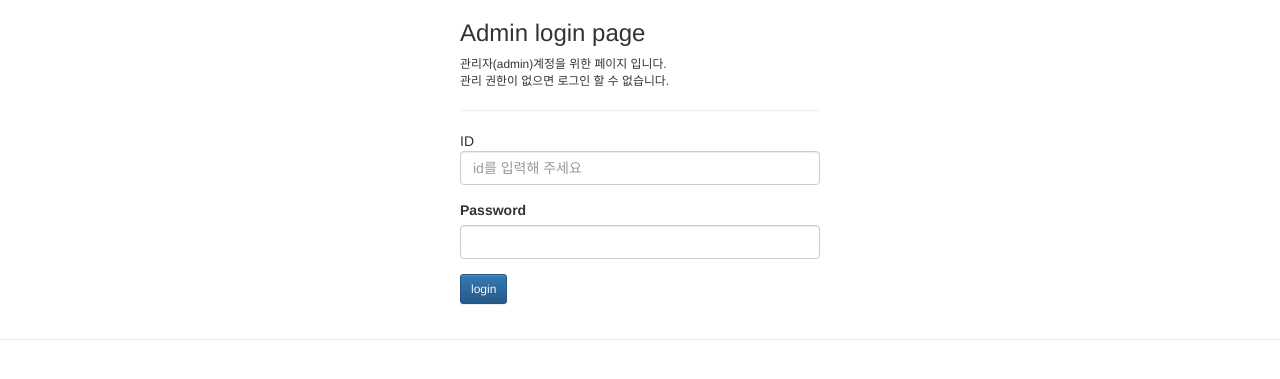
Repository: LouisKisaragi/BB-Bank
Page: http://localhost/adminpage/adminlogin.jsp
The author's editor kept a copy of each file at every save. The page is drawn from the files as they stood at one save, then again after the next save.
The browser window is 1280 px wide. The pictures show the whole page.
The page is served by Tomcat 9. Other server files are loaded and not shown.

Above is the page before, as saved 2017-11-16 05:52:17.
Console error (its wording comes from the project's code and is left out).

### adminpage/adminpage/WebContent/adminlogin.jsp
<%@ page language="java" contentType="text/html; charset=UTF-8"
    pageEncoding="UTF-8"%>
<%
	String message = null;
	if(request.getAttribute("message") != null) message = (String) request.getAttribute("message");
%>
<!DOCTYPE html PUBLIC "-//W3C//DTD HTML 4.01 Transitional//EN" "http://www.w3.org/TR/html4/loose.dtd">
	<html>
	<head>

	    <!-- 부트스트랩 적용-->
		<meta http-equiv="Content-Type" content="text/html; charset=UTF-8">
		<title>ADMIN Login</title>
		<!-- Latest compiled and minified CSS -->
		<link rel="stylesheet" href="https://maxcdn.bootstrapcdn.com/bootstrap/3.3.7/css/bootstrap.min.css" integrity="sha384-BVYiiSIFeK1dGmJRAkycuHAHRg32OmUcww7on3RYdg4Va+PmSTsz/K68vbdEjh4u" crossorigin="anonymous">

		<!-- Optional theme -->
		<link rel="stylesheet" href="https://maxcdn.bootstrapcdn.com/bootstrap/3.3.7/css/bootstrap-theme.min.css" integrity="sha384-rHyoN1iRsVXV4nD0JutlnGaslCJuC7uwjduW9SVrLvRYooPp2bWYgmgJQIXwl/Sp" crossorigin="anonymous">

		<!-- Latest compiled and minified JavaScript -->
		<script src="https://maxcdn.bootstrapcdn.com/bootstrap/3.3.7/js/bootstrap.min.js" integrity="sha384-Tc5IQib027qvyjSMfHjOMaLkfuWVxZxUPnCJA7l2mCWNIpG9mGCD8wGNIcPD7Txa" crossorigin="anonymous"></script>

	</head>
	<body>
		<div class="container">
			<div class="row">
				<div class="col-md-offset-4 col-sm-6 col-md-4 col-xs-12">
				<h3>Admin login page</h3>
				<p><small>관리자(admin)계정을 위한 페이지 입니다.<br/>관리 권한이 없으면 로그인 할 수 없습니다.
				</small></p><hr/>
				<font action="" method="post">
				<!-- 아이디 입력 -->
				<div class ="form-group">
					<lable class="control-label">ID</lable>
					<input class="form-control" type="text" name="id" placeholder ="id를 입력해 주세요"/>
				</div>
				<div class="form-group">
					<label class="control-label">Password</label>
					<input class="form-control" type="password" name="pass" plasceholder="비밀번호를 입력해 주세요"/>
				</div>
				<div class="form-group">
					<input type="submit" value="login" class="btn btn-sm btn-primary" />
				</div>
				</font>

				</div>
			</div>
			</div>
			<hr />
			<%
			 if(message != null) out.print(message);
			%>

</body>
</html>

After the next save:
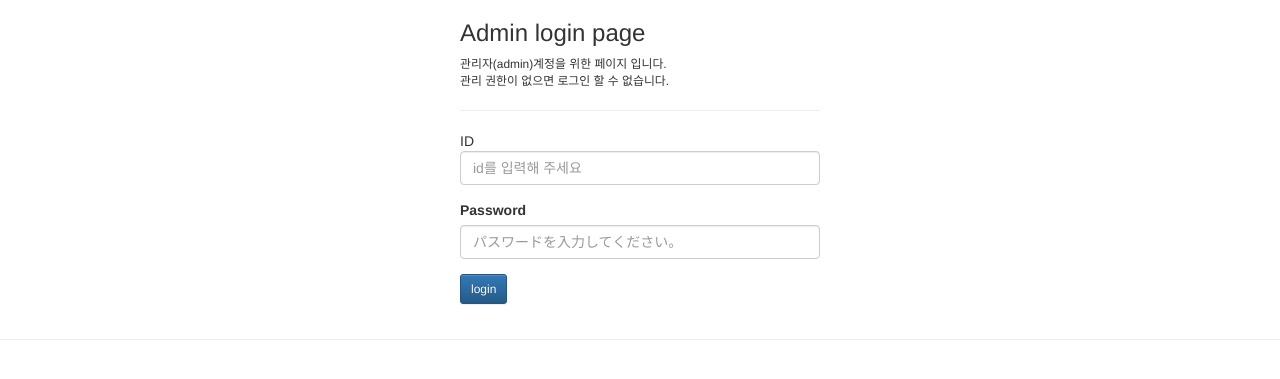
Saved 82 s later.
--- a/adminpage/adminpage/WebContent/adminlogin.jsp
+++ b/adminpage/adminpage/WebContent/adminlogin.jsp
@@ -36,7 +36,7 @@
 				</div>
 				<div class="form-group">
 					<label class="control-label">Password</label>
-					<input class="form-control" type="password" name="pass" plasceholder="비밀번호를 입력해 주세요"/>
+					<input class="form-control" type="password" name="pass" placeholder="パスワードを入力してください。" />
 				</div>
 				<div class="form-group">
 					<input type="submit" value="login" class="btn btn-sm btn-primary" />
